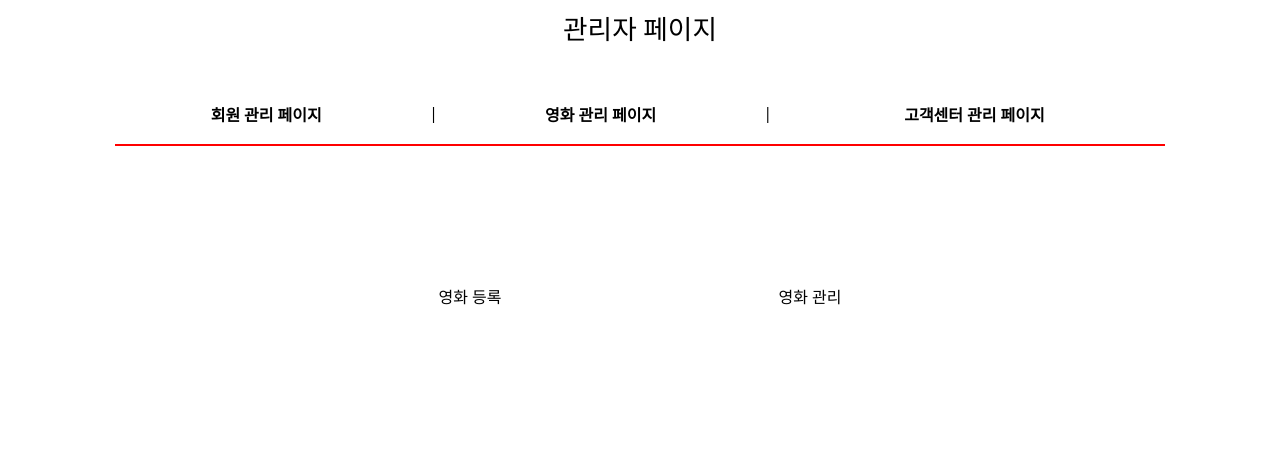
Repository: Tah282/movieSite
Page: http://localhost/CGV_project/WEB-INF/views/manager/movieManagement.jsp
The author's editor kept a copy of each file at every save. The page is drawn from the files as they stood at one save, then again after the next save.
The browser window is 1280 px wide. The pictures show the whole page.
The page is served by Tomcat 9. Nobody is signed in. Other server files are loaded and not shown. The template is opened directly, without the code that normally fills it, so the values that code supplies are empty.

Above is the page before, as saved 2024-01-05 01:35:15.

### CGV_project/src/main/webapp/WEB-INF/views/manager/movieManagement.jsp
<%@ page language="java" contentType="text/html; charset=UTF-8"
    pageEncoding="UTF-8"%>
<%@ taglib prefix="c" uri="http://java.sun.com/jsp/jstl/core" %>
<c:set var="contextPath" value="${pageContext.request.contextPath}"/>

<!DOCTYPE html>
<html>
<head>
<meta charset="UTF-8">
<title>Insert title here</title>
	<link rel="stylesheet" type="text/css" href="${contextPath}/resources/css/style.css" />
</head>
<body>
	<jsp:include page="managerNav.jsp" />

	<div class="movieManagement">
		<table class="myForm">
			<tr>
				<td class="movieManage"><a href="${contextPath}/myPage/myData.do?num=${member.num}">영화 등록</a></td>
				<td class="movieManage"><a href="${contextPath}/myPage/myTicketingList.do">영화 관리</a></td>
			</tr>
		</table>
	</div>
</body>
</html>

### CGV_project/src/main/webapp/WEB-INF/views/manager/managerNav.jsp
<%@ page language="java" contentType="text/html; charset=UTF-8"
    pageEncoding="UTF-8"%>
<%@ taglib uri="http://java.sun.com/jsp/jstl/core" prefix="c" %>
<c:set var="contextPath" value="${pageContext.request.contextPath}" />

<div class="managerNav">

	<span class="managerTitle">관리자 페이지</span> <br><br><br>

	<table id="managerHeader">
		<tr>
			<td class="menu"><a href="${contextPath}/manager/memberManagement.do">회원 관리 페이지</a></td>
			<td class="menu-space"> | </td>
			<td class="menu"><a href="${contextPath}/manager/movieManagement.do">영화 관리 페이지</a></td>
			<td class="menu-space"> | </td>
			<td class="menu"><a href="${contextPath}/manager/boardManagement.do">고객센터 관리 페이지</a></td>
		</tr>
	</table>
</div>

### CGV_project/src/main/webapp/resources/css/style.css
@charset "UTF-8";

.center {
	margin: 0 auto;
	display: table;
}

/* ============== nav.jsp ===============  */
table, tr, td {
    /* border: 1px solid #333333; */
    border-collapse: collapse;
    border:none;
}

a {
	text-decoration: none;
	color: inherit;
}

#headerTable1 {
    width: 1050px;
    height: 37px;
    margin: 0 auto;
    text-align: center;
    font-size: 13px;
}
.header1-space {
    width: 850px;
    margin: 0 auto;
    text-align: center;
}
.header1-menu {
    width: 100px;
    cursor: pointer;
}
.logo {
    cursor: pointer;
    height: 140px;
    width: 140px;
}
.loginLogo {
    cursor: pointer;
    height: 60px;
    width: 100px;
}
.logoutLogo {
    cursor: pointer;
    height: 60px;
    width: 100px;
}
.registerLogo {
    cursor: pointer;
    height: 60px;
    width: 90px;
}
.myinfoLogo {
    cursor: pointer;
    height: 60px;
    width: 60px;
}
.callcenterLogo {
    cursor: pointer;
    height: 60px;
    width: 60px;
}
.header1-text {
    width:350px;
    font-size:15px;
}

/* header2 */
#headerTable2 {
    width: 1050px;
    height: 63px;
    margin: 0 auto;
    text-align: center;
    font-weight:bolder;
    border-bottom: 2px solid red;
}
.header2-menu{
    cursor: pointer;

}
.header2-space{
    width : 100px;
}
.searchLogo {
    width: 20px;
    height: 16px;
    cursor: pointer;
}

/* advertBlock */
#advertDiv {
    background: #353535;
    height:450px;
}
#advertTable{
    width: 1050px;
    height: 63px;
    margin: 0 auto;
    text-align: center;
}

/* ==================== banner.jsp ======================== */
/* Slideshow container */
.slideshow-container {
  max-width: 100%;
  position: relative;
  margin: auto;
/*   margin-top: 0; */
  text-align: center;
  background: #353535;
}

.bannerImg {
	width: 1050px;
    height: 449px;
}

/* effect */
.fade {
  -webkit-animation-name: fade;
  -webkit-animation-duration: 1.5s;
  animation-name: fade;
  animation-duration: 1.5s;
}

@-webkit-keyframes fade {
  from {opacity: .4}
  to {opacity: 1}
}

@keyframes fade {
  from {opacity: .4}
  to {opacity: 1}
}

/* Next & previous buttons */
.prev  {
  cursor: pointer;
  position: absolute;
  top: 32%;
  left: 10px;
  width: 500px;
  padding: 16px;
  margin-top: -22px;
  color: dimgray;

  font-size: 120px;
  transition: 0.6s ease;
  border-radius: 0 3px 3px 0;
}

.next  {
  cursor: pointer;
  position: absolute;
  top: 32%;
  right: 10px;
  width: 500px;
  padding: 16px;
  margin-top: -22px;
  color: dimgray;

  font-size: 120px;
  transition: 0.6s ease;
  border-radius: 0 3px 3px 0;
}

/* Position the "next button" to the right */
.next {
  right: 0;
  border-radius: 3px 0 0 3px;
}

/*============ loginForm ===================*/
#loginTable {
    margin: 0 auto;
}
.login-header {
    color: #ff5232;
    font-size: 20px;
    font-weight: bold;
    text-align: center;
    height: 100px;
}
.login-id {
    width: 340px;
    height: 54px;
    padding: 0px 11px 1px 15px;
    border-style: none;
    border: 1px solid #B5B5B5;
    border-radius: 5px;
    margin: 5px 0;
}
.login-pw {
    width: 340px;
    height: 54px;
    padding: 0px 11px 1px 15px;
    border-style: none;
    border: 1px solid #B5B5B5;
    border-radius: 5px;
    margin: 5px 0;
}

.login-sub {
    font-size: 13px;
    color: #b54427;
    text-align: right;
    padding-bottom: 20px;
}
.login-td {
    text-align: center;
    height: 60px;
}
.login-btn {
    border-style: none;
    width: 370px;
    height: 54px;
    color: #FFFFFF;
    font-size: 16px;
    background-color: #ff4500;
    border-radius: 5px;
    font-weight: bold;
    cursor: pointer;
}
.join-btn {
    border-style: none;
    width: 370px;
    height: 54px;
    color: #b54427;
    font-size: 16px;
    background-color: #FFFFFF;
    border: 1px solid #b54427;
    border-radius: 5px;
    font-weight: bold;
    cursor: pointer;
}
/* ============= 회원가입 ========================== */
.join-title{
	margin: 0 auto;
	text-align: center;
	border:none;
}
.joinTable{
	margin: 0 auto;
}
.join-id{
	width: 340px;
    height: 54px;
    padding: 0px 11px 1px 15px;
    border:none;
    border-style: none;
    border: 1px solid #B5B5B5;
    border-radius: 5px;
    margin: 5px 0;
}
.join-pw{
	width: 340px;
    height: 54px;
    padding: 0px 11px 1px 15px;
    border-style: none;
    border: 1px solid #B5B5B5;
    border-radius: 5px;
    margin: 5px 0;
}
.join-pwCheck{
	width: 340px;
    height: 54px;
    padding: 0px 11px 1px 15px;
    border-style: none;
    border: 1px solid #B5B5B5;
    border-radius: 5px;
    margin: 5px 0;
}
.join-name{
	width: 340px;
    height: 54px;
    padding: 0px 11px 1px 15px;
    border-style: none;
    border: 1px solid #B5B5B5;
    border-radius: 5px;
    margin: 5px 0;
}
.join-email{
	width: 340px;
    height: 54px;
    padding: 0px 11px 1px 15px;
    border-style: none;
    border: 1px solid #B5B5B5;
    border-radius: 5px;
    margin: 5px 0;
}

/* ============= 영화 리스트 ========================*/
/* movieList */
#listDiv{
    background: #e9e9e9;
    height:450px;
    max-width: 100%;
}
#listTable{
    width: 1050px;
    height: 63px;
    margin: 0 auto;
    text-align: center;
    border-collapse: separate;
    border-spacing: 10px 10px;
}
#listTable td{
    width: 210px;
}
.chartspace1{
    height:30px;
}
.chartspace2{
    height:7px;
}
.listspace{
    width:200px;
}

#chartList{
    text-align:center;
    width:100px;
    font-size: 30px;
    font-weight:bolder;
    cursor: pointer;
}
#openList{
    text-align:right;
    width:130px;
    font-size: 30px;
    font-weight:bolder;
    cursor: pointer;
    /*color:Gray;*/
}
#allList{
    text-align:right;
    font-size: 20px;
    font-weight:bolder;
    cursor: pointer;
}
.chart-img{
	width: 150px;
  	height: 240px;
  	object-fit: cover;
}
.rating-img{
	width: 18px;
  	height: 18px;
  	object-fit: cover;
}
.chartMovieName{
	font-weight:bolder;
	text-overflow: ellipsis;
	white-space: nowrap;
	overflow: hidden;
	width: 198px;
	align:center;
}
.chartMovieInfo{
	text-align:center;
}

/* ====================== 영화 상세 정보 =========================*/

.movieInfo{
	margin: 0 auto;
	display: table;
}

.movieInfoTable{
	width: 1050px;
    height: 290px;
    margin: 0 auto;
}

.InfoImg_td{
	text-align : center;
	width: 400px;
}

.Info-img{
	width: 180px;
	height: 290px;
}

.InfoTitle{
	font-weight: bold;
	font-size: 25px;
}

.InfoData{
	line-height:24px;
}

.Ticketing-btn{
	border-style: none;
    width: 280px;
    height: 54px;
    color: #FFFFFF;
    font-size: 16px;
    background-color: #ff4500;
    border-radius: 5px;
    font-weight: bold;
    cursor: pointer;
}

/* ============== movieTotalList ==================*/
#totalListDiv{
	max-width: 100%;
}
#titleTable{
	width: 1050px;
    height: 150px;
    margin: 0 auto;
}
#totalTable{
	width: 1050px;
    height: 63px;
    margin: 0 auto;
    text-align: center;
    border-collapse: separate;
    border-spacing: 50px 10px;
}
#chartTotal{
	text-align:right;
	font-size: 12px;
}
#openTotal{
	text-align:center;
	font-size: 12px;
}
.tagNum{
	color:white;
    font-size:17px;
    font-weight:bolder;
    background-color:red;
    height:27px;
    width:200px;
}
.listImg{
	width:200px;
    height: 250px;
}
.img-td{
	width:200px;
    height: 250px;
}
.img-name{
	font-weight:bolder;
	overflow: hidden;
  	white-space: nowrap;
 	text-overflow: ellipsis;
 	word-break: break-all;
 	width:200px;
}

/* ============= 고객센터 =====================*/
.board-center{
	margin: 0 auto;
	display: table;
	text-align: center;
}
.board-title{
	width:700px;
}
.boardTitle{
	text-align:center;
}
.board-td{
	text-align:right;
}
.board-content{
	border-top: 1px solid black;
	border-bottom: 1px solid black;
	margin: 0 auto;
	text-align: center;
	width:700px;

}
.board-content2{
	border-bottom: 1px solid black;
	margin: 0 auto;
	text-align: left;
	background-color: #e9e9e9;
	height: 35px;
	font-weight:bolder;
}
.board-content2_1{
	border-bottom: 1px solid black;
	margin: 0 auto;
	text-align: center;
	background-color: #e9e9e9;
	height: 35px;
	font-weight:bolder;
}

.board-content3{
	padding: 10px 0;
	text-align: left;
}
.board-content4{
	padding: 10px 0;
	text-align: center;
}

/* 고객센터 글 조회 */
.boardInfo-table{
	margin: 0 auto;
	display: table;
	text-align: center;
	width:700px;
}
.boardInfo-title{
	border-top: 1px solid black;
	margin: 0 auto;
	text-align: center;
	background-color: #e9e9e9;
	height: 35px;
	font-weight:bolder;
}
.boardInfo-data{
	border-top: 1px solid black;
	margin: 0 auto;
	text-align: right;
	background-color: #e9e9e9;
	height: 35px;
	font-size:12px;
}
.boardInfo-writer{
	text-align: right;
}
.boardInfo-content{
	text-align: left;
}
.boardInfo-space{
	height:30px;
}
.boardInfo-space2{
	height:21px;
	border-bottom: 1px solid black;
}

/* ============= ticketingForm =============== */
.ticketingList{
	background-color: gray;
    width: 1000px;
    height: 350px;
    margin: 0 auto; /* container 영역을 브라우저에서 가운데 정렬하기 위해 auto설정 */
    text-align: center; /* inline-block화 된 div들을 텍스트 마냥 center로 정렬*/
	overflow: scroll;
	overflow: auto;
	white-space: nowrap;
}

.movieDiv{
	display: inline-block; /* 가로로 나열하기 위해 block레벨 요소를 inline-block레벨로 전환 */
    width: 200px; /* 영역 크기 지정 안해주면 inline 레벨처럼 내용물 만큼만 차지하기 때문에 크기 지정 */
    height: 200px; /* 영역 크기 지정 안해주면 inline 레벨처럼 내용물 만큼만 차지하기 때문에 크기 지정 */

}

.ticketingFormTitle{
	font-family: 'Black Han Sans', serif;
	font-size: 40px;
}

.w-btn {
    position: relative;
    border: none;
    display: inline-block;
    padding: 15px 30px;
    border-radius: 15px;
    font-family: "paybooc-Light", sans-serif;
    box-shadow: 0 15px 35px rgba(0, 0, 0, 0.2);
    text-decoration: none;
    font-weight: 600;
    transition: 0.25s;
    background-color: #77af9c;
    color: #d7fff1;
    cursor: pointer;
}
.ticketingBtnTd{
	text-align: right;
}

/* ======================= ticketingTheaterForm ============================= */
.ticketingTheater{
	width: 1000px;
    height: 150px;
}
.ticketingTable{
	width: 1000px;
	border-bottom: solid 1px black;
	border-top: solid 1px black;
}
.regionTitle{
	border-bottom: solid 1px black;
	border-top: solid 1px black;
	background-color: #EBAA5F;
	height: 50px;
	font-weight:bolder;
	font-size: 20px;
	cursor: pointer;
}
.region{
	width: 250px;
	text-align: center;
}
.side{
	color:#8B5927;
}
.regionInfo{
	height: 100px;
	font-size: 20px;
}

.seoul, .paju, .daegu, .busan {
	width: 230px;
	cursor: pointer;
	text-align: center;
}

/* ======================= ticketingDateForm ============================= */
.dateDiv{
	margin: 0 auto;
	display: table;
	text-align: center;
}
.dateTable{
	width: 700px;
	height:300px;
	text-align: center;
}
.day{
	color:#c8c8c8;
}

/* ============================ ticketingSeatForm =========================== */
.seatSpace{
	width: 70px;
}
.screeanImg{
	height: 150px;
	width: 400px;
}
.WhiteSpace{
	height: 50px;
}
#seatTable{
	width: 700px;
	height:300px;
	text-align: center;
	border-spacing: 15px;
    border-collapse: separate;
}
.seatNum{
	border: solid 1px black;
	width: 50px;
}
.seatNumX{
	border: solid 1px black;
}

/* ================================= myForm =========================================*/
.myFormName{
	width: 1050px;
	height:500px;
	background: #e9e9e9;
	margin: 0 auto;
}
.myForm{
	margin: 0 auto;
	width: 700px;
	height:300px;
	border-collapse: separate;
	border-radius: 10px;
	border-spacing: 20px;
}
.myFormInfo{
	width: 150px;
    height: 200px;
    font-size: 20px;
    font-weight: bold;
    cursor: pointer;
    border: solid 1px black;
    border-radius: 15px;
 	text-align: center;
}
.myFormName{
	font-size: 30px;
}

/* ================================== myWriteList ====================================== */
.titleDiv{
	width: 1050px;
	height:100px;
	background: #e9e9e9;
	margin: 0 auto;
	text-align: left;
}
.myWriteTable{
	border-top: 1px solid black;
	border-bottom: 1px solid black;
	margin: 0 auto;
	text-align: center;
	width:1050px;
}

.updateTable{
	width: 550px;
}

.upSpace{
	height:25px;
}

/* ================================== myWriteList ======================================== */
.ticketing-center{
	margin: 0 auto;
	display: table;
	text-align: center;
}

.myTicketingTable{
	border-top: 1px solid black;
	border-bottom: 1px solid black;
	margin: 0 auto;
	text-align: center;
	width:1050px;
}
.ticketing-content2{
	border-bottom: 1px solid black;
	margin: 0 auto;
	text-align: center;
	background-color: #e9e9e9;
	height: 35px;
	font-weight:bolder;
}
.ticketing-content3{
	padding: 10px 0;
}

/* ====================================== managerNav ====================================== */
.managerNav{
	display: table;
	width: 1050px;
	margin: 0 auto;
    text-align: center;
}

.managerTitle{
	font-size: 20pt;
}
.managerName{
	display:inline-block;
	width: 150px;
	text-align: right;
	font-weight:bolder;
}

#managerHeader{
	width: 1050px;
    height: 63px;
    margin: 0 auto;
    text-align: center;
    font-weight:bolder;
    border-bottom: 2px solid red;
}

.menu{
	cursor: pointer;
}

.menu-space{
	width : 30px;
}

/* ================================= memberManagement =================================== */
.memberManagement{
	margin: 0 auto;
    display: table;
}
.memberTitle{
	text-align: center;
	width: 900px;
}

.memberManagementTBL{
	width: 900px;
	border-collapse: separate;
 	border-spacing: 0 10px;
}

/* ================================ memberModifyForm ================================== */
.modifyDiv{
	display: table;
	width: 1050px;
	margin: 0 auto;
    text-align: center;
}
.modifyTBL{
	width: 900px;
	border-collapse: separate;
 	border-spacing: 0 10px;
}

/* ================================ boardManagement =================================== */
.boardManagement{
	margin: 0 auto;
    display: table;
    text-align: center;
}

/* ================================ movieManagement =================================== */
.movieManagement{
	margin: 0 auto;
    display: table;
    text-align: center;
}

After the next save:
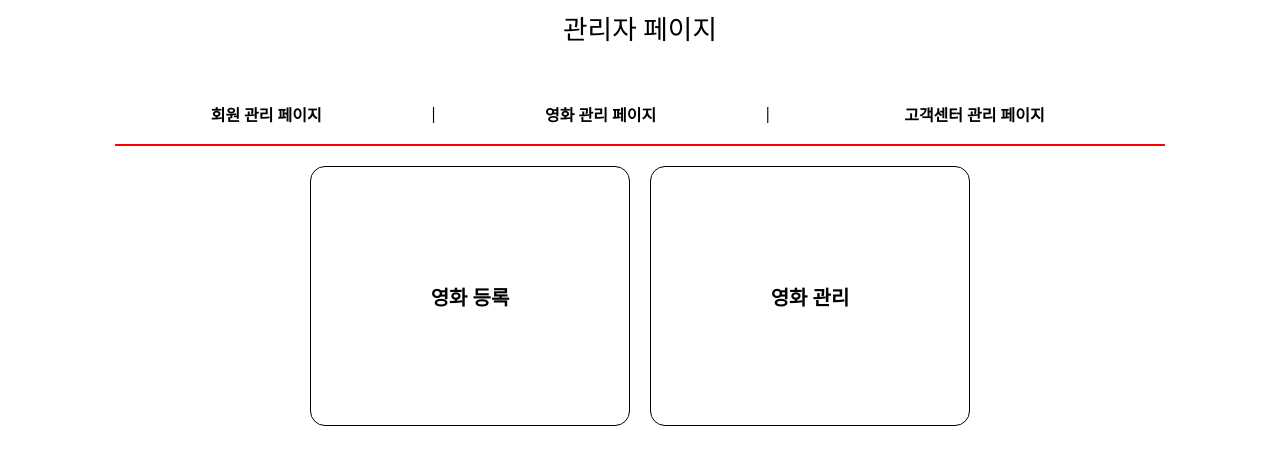
Saved 3 s later.
--- a/CGV_project/src/main/webapp/resources/css/style.css
+++ b/CGV_project/src/main/webapp/resources/css/style.css
@@ -820,3 +820,13 @@ a {
     display: table;
     text-align: center;
 }
+.movieManage{
+	width: 150px;
+    height: 200px;
+    font-size: 20px;
+    font-weight: bold;
+    cursor: pointer;
+    border: solid 1px black;
+    border-radius: 15px;
+ 	text-align: center;
+}

After the save that followed:
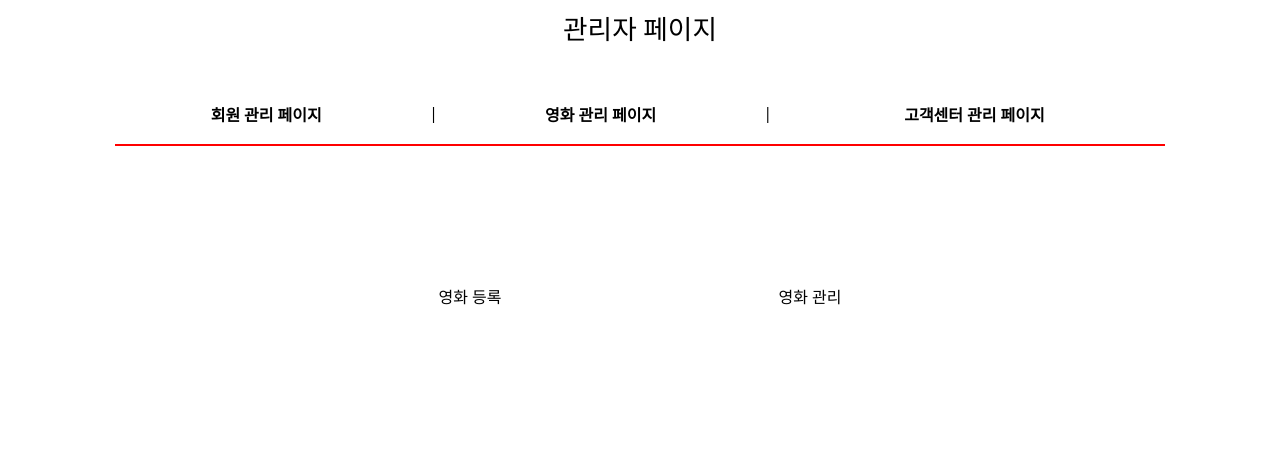
Saved 70 s later.
--- a/CGV_project/src/main/webapp/resources/css/style.css
+++ b/CGV_project/src/main/webapp/resources/css/style.css
@@ -820,7 +820,15 @@ a {
     display: table;
     text-align: center;
 }
-.movieManage{
+.myForm{
+	margin: 0 auto;
+	width: 700px;
+	height:300px;
+	border-collapse: separate;
+	border-radius: 10px;
+	border-spacing: 20px;
+}
+.movieManageTBL{
 	width: 150px;
     height: 200px;
     font-size: 20px;
